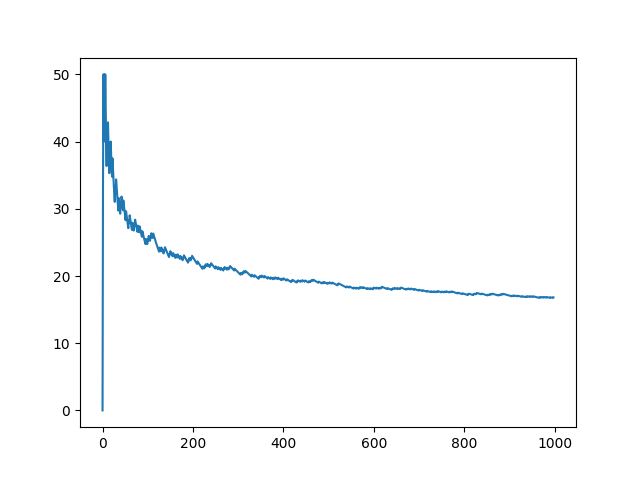
Repository: Vorztek/Data
Script's output: python Exercices_Python/Old_project/Maths_and_algorithms/Première_série_exo/génération_nombre_premiers.py
The author's editor kept a copy of each file at every save. The script's output is drawn from the files as they stood at one save, then again after the next save.
Random numbers start from a fixed seed.

Above is the script's output before, as saved 2021-07-28 14:26:17.

After the next save:
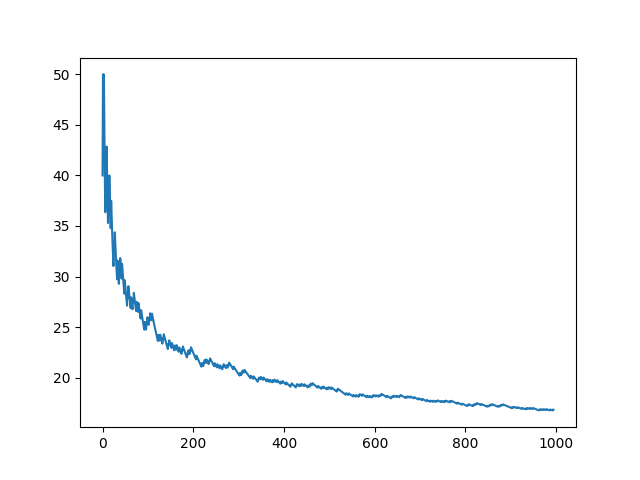
Saved 6 s later.
--- a/Exercices_Python/Old_project/Maths_and_algorithms/Première_série_exo/génération_nombre_premiers.py
+++ b/Exercices_Python/Old_project/Maths_and_algorithms/Première_série_exo/génération_nombre_premiers.py
@@ -22,7 +22,7 @@ def number_of_prime(n):
 
 def courbe():
     #valeur = int(input("Quelle est la valeur maximale souhaitée : "))
-    liste1 = [number_of_prime(n) for n in range(2, 1000)]
+    liste1 = [number_of_prime(n) for n in range(5, 1000)]
     return liste1
 
 plt.plot(courbe())
